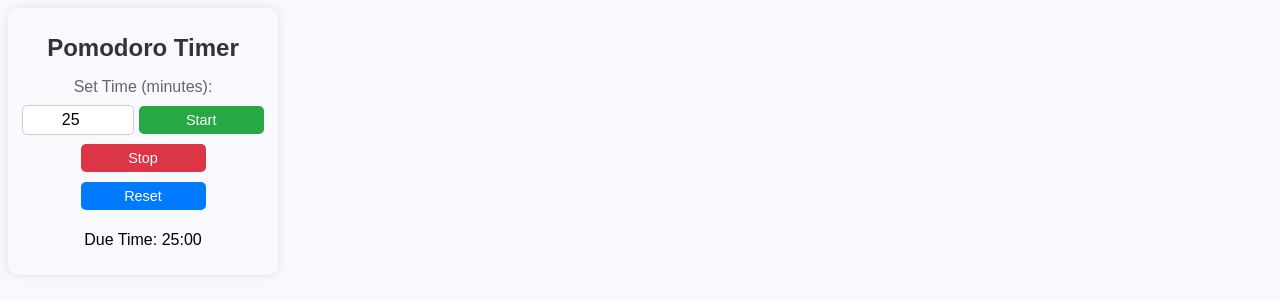
Repository: Prateek09102001/POMODORO-TIMER-UPDATEED-EXTENSIONS
Page: popup.html
An editor plug-in stored every save of this project. The page is shown before and after the next save, followed by the edit.
The browser window is 1280 px wide. The pictures show the whole page.

Above is the page before, as saved 2024-09-30 19:03:59.

After the next save:
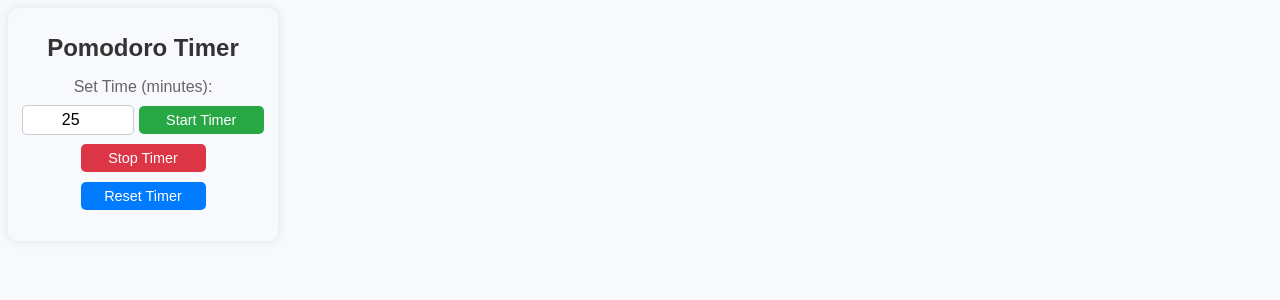
Saved 7 s later.
--- a/popup.html
+++ b/popup.html
@@ -4,18 +4,16 @@
     <meta charset="UTF-8">
     <meta name="viewport" content="width=device-width, initial-scale=1.0">
     <title>Pomodoro Timer</title>
-    <link rel="stylesheet" href="style.css"> <!-- Link to external CSS file -->
+    <link rel="stylesheet" href="style.css">
 </head>
 <body>
     <h1>Pomodoro Timer</h1>
     <label for="minutes">Set Time (minutes):</label>
     <input type="number" id="minutes" min="1" value="25">
-    <button id="start">Start</button> <!-- Changed button label -->
-    <button id="stop">Stop</button> <!-- Changed button label -->
-    <button id="reset">Reset</button> <!-- Changed button label -->
-
+    <button id="start">Start Timer</button>
+    <button id="stop">Stop Timer</button>
+    <button id="reset">Reset Timer</button>
     <p id="status"></p> <!-- To show the timer status -->
-    <p id="dueTime">Due Time: 25:00</p> <!-- Display due time -->
 
     <script src="popup.js"></script>
 </body>
